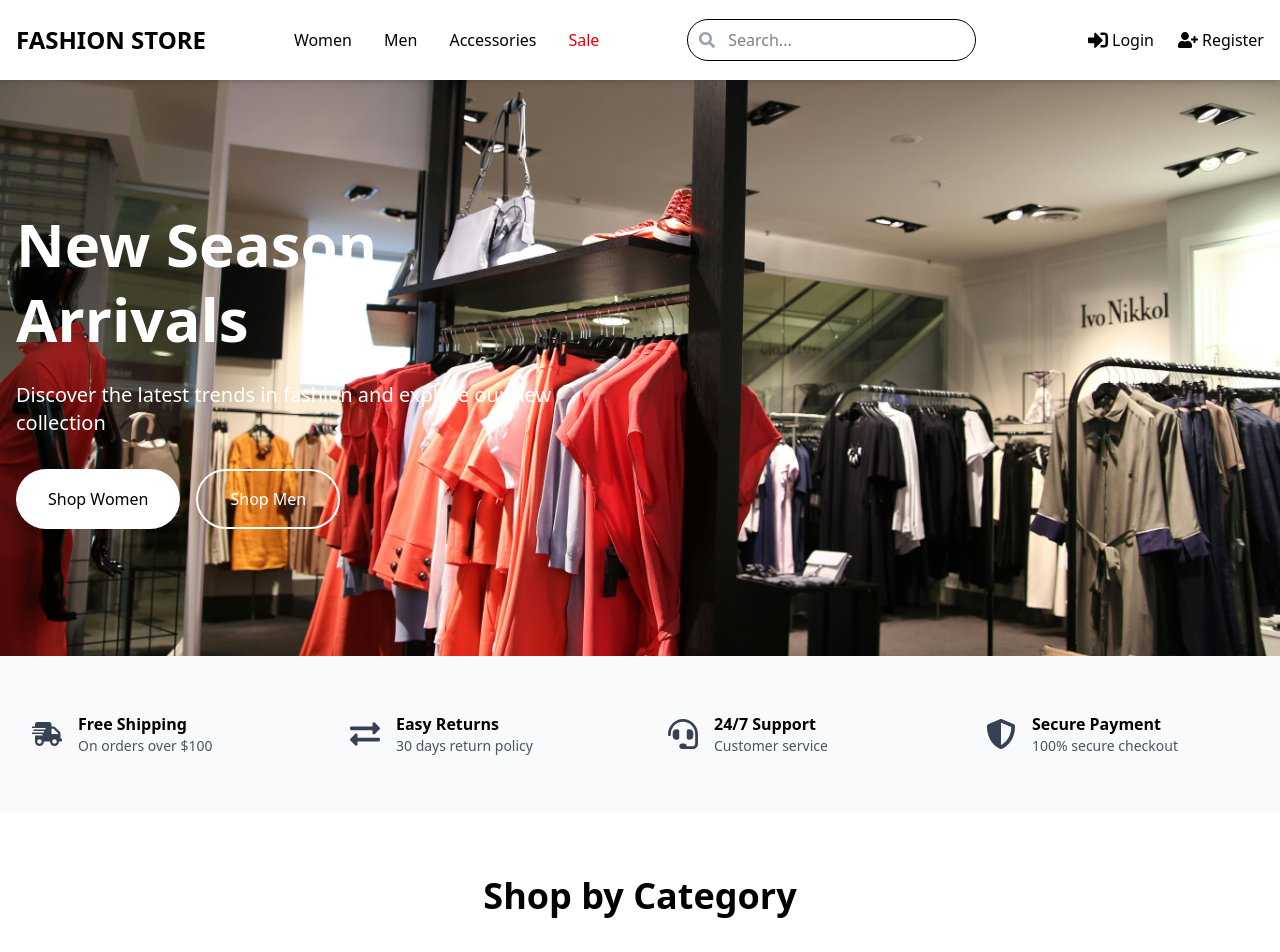
Repository: minhquang203/SHOPQUANAO
Page: / (app in frontend/)
The author's editor kept a copy of each file at every save. The page is drawn from the files as they stood at one save, then again after the next save.
The browser window is 1280 px wide. The pictures show the part of the page from y = 0 to 952 px (the page is 2446 px tall).
The project was rebuilt for these pictures with package versions that can differ from the ones it lists, and the page was loaded fresh each time. Also part of the build but not shown: frontend/vite.config.js, frontend/src/components/AdminLayout.jsx, frontend/src/components/AdminRoute.jsx, frontend/src/pages/admin/Dashboard.jsx, frontend/src/pages/admin/Orders.jsx, frontend/src/pages/admin/Products.jsx, frontend/src/pages/admin/Users.jsx, frontend/src/pages/LoginPage.jsx and 1 more.

Above is the page before, as saved 2025-04-29 12:39:36.

### frontend/src/main.jsx
// main.jsx
import React from "react";
import ReactDOM from "react-dom/client";
import { Provider } from "react-redux";
import { PersistGate } from "redux-persist/integration/react";
import App from "./App";
import "./index.css";
import { persistor, store } from "./redux/store";

ReactDOM.createRoot(document.getElementById("root")).render(
  <Provider store={store}>
    <PersistGate loading={null} persistor={persistor}>
      <App />
    </PersistGate>
  </Provider>
);

### frontend/src/App.jsx
import React from "react";
import { Route, BrowserRouter as Router, Routes } from "react-router-dom";
import AdminLayout from "./components/AdminLayout";
import AdminRoute from "./components/AdminRoute";
import Navbar from "./components/Navbar";
import Dashboard from "./pages/admin/Dashboard";
import Orders from "./pages/admin/Orders";
import Products from "./pages/admin/Products";
import Users from "./pages/admin/Users";
import Homepage from "./pages/Homepage";
import Login from "./pages/LoginPage";
import Register from "./pages/RegisterPage";

function App() {
  return (
    <Router>
      <Navbar />
      <Routes>
        {/* Public Routes */}
        <Route path="/" element={<Homepage />} />
        <Route path="/login" element={<Login />} />
        <Route path="/register" element={<Register />} />

        {/* Admin Protected Routes */}
        <Route element={<AdminRoute />}>
          <Route path="/admin" element={<AdminLayout />}>
            <Route index element={<Dashboard />} />
            <Route path="dashboard" element={<Dashboard />} />
            <Route path="orders" element={<Orders />} />
            <Route path="products" element={<Products />} />
            <Route path="users" element={<Users />} />
          </Route>
        </Route>
      </Routes>
    </Router>
  );
}

export default App;

### frontend/src/index.css
@import "tailwindcss";




.group:hover .group-hover\:block{
    display: block;
}

### frontend/src/redux/store.js
// redux/store.js
import { configureStore } from '@reduxjs/toolkit';
import { combineReducers } from 'redux';
import { persistReducer, persistStore } from 'redux-persist';
import storage from 'redux-persist/lib/storage'; // lưu trên localStorage
import authReducer from './authSlice';

const persistConfig = {
  key: 'root',
  storage,
  whitelist: ['auth'], // chỉ persist auth
};

const rootReducer = combineReducers({
  auth: authReducer,
});

const persistedReducer = persistReducer(persistConfig, rootReducer);

export const store = configureStore({
  reducer: persistedReducer,
  middleware: (getDefaultMiddleware) =>
    getDefaultMiddleware({
      serializableCheck: false,
    }),
});

export const persistor = persistStore(store);

### frontend/src/components/Navbar.jsx
import React, { useState } from 'react';
import { FaHeart, FaSearch, FaShoppingCart, FaSignInAlt, FaUser, FaUserPlus } from 'react-icons/fa';
import { useDispatch, useSelector } from 'react-redux';
import { Link, useNavigate } from 'react-router-dom';
import { selectCurrentRole, selectCurrentUser, selectIsAuthenticated } from '../redux/authSelectors';
import { logout } from '../redux/authSlice';

function Navbar() {
  const dispatch = useDispatch();
  const navigate = useNavigate();
  const [isMenuOpen, setIsMenuOpen] = useState(false);
  const isAuthenticated = useSelector(selectIsAuthenticated);
  const user = useSelector(selectCurrentUser);
  const role = useSelector(selectCurrentRole);

  // Sử dụng selector đã memoize


  const handleLogout = () => {
    dispatch(logout());
    navigate('/login');
  };

  const AuthenticatedIcons = () => (
    <div className="flex items-center space-x-6">
      <button className="hover:text-gray-600 transition">
        <FaSearch className="h-5 w-5 md:hidden" />
      </button>
      <Link to="/wishlist" className="hover:text-gray-600 transition">
        <FaHeart className="h-5 w-5" />
      </Link>
      <Link to="/cart" className="relative hover:text-gray-600 transition">
        <FaShoppingCart className="h-5 w-5" />
        <span className="absolute -top-2 -right-2 bg-red-600 text-white text-xs rounded-full w-5 h-5 flex items-center justify-center">
          0
        </span>
      </Link>

      {/* Admin Dashboard Link - Only visible for admins */}
      {role === 'admin' && (
        <Link to="/admin/dashboard" className="hover:text-gray-600 transition">
          <span className="hidden md:inline">Admin</span>
        </Link>
      )}

      <div className="relative group">
        <button className="hover:text-black transition-transform hover:scale-105">
          <FaUser className="h-5 w-5" />
          <span className="hidden md:inline">{user?.username}</span>
        </button>
        <div className="absolute right-0 w-48 py-2 mt-2 bg-white rounded-md shadow-xl invisible group-hover:visible opacity-0 group-hover:opacity-100 transition-all duration-200 z-50">
          <Link
            to="/profile"
            className="block px-4 py-2 text-sm text-gray-700 hover:bg-gray-100"
          >
            Profile
          </Link>
          <Link
            to="/orders"
            className="block px-4 py-2 text-sm text-gray-700 hover:bg-gray-100"
          >
            Orders
          </Link>
          <button
            onClick={handleLogout}
            className="block w-full text-left px-4 py-2 text-sm text-gray-700 hover:bg-gray-100"
          >
            Sign Out
          </button>
        </div>
      </div>
    </div>
  );

  const NonAuthenticatedIcons = () => (
    <div className="flex items-center space-x-6">
      <button className="hover:text-gray-600 transition">
        <FaSearch className="h-5 w-5 md:hidden" />
      </button>
      <Link to="/login" className="hover:text-gray-600 transition flex items-center space-x-1">
        <FaSignInAlt className="h-5 w-5" />
        <span className="hidden md:inline">Login</span>
      </Link>
      <Link to="/register" className="hover:text-gray-600 transition flex items-center space-x-1">
        <FaUserPlus className="h-5 w-5" />
        <span className="hidden md:inline">Register</span>
      </Link>
    </div>
  );

  return (
    <nav className="bg-white shadow-md sticky top-0 z-50">
      <div className="container mx-auto px-4">
        <div className="flex items-center justify-between h-20">
          <Link to="/" className="text-2xl font-bold">FASHION STORE</Link>

          <div className="hidden md:flex items-center space-x-8">
            <Link to="/women" className="hover:text-gray-600 transition">Women</Link>
            <Link to="/men" className="hover:text-gray-600 transition">Men</Link>
            <Link to="/accessories" className="hover:text-gray-600 transition">Accessories</Link>
            <Link to="/sale" className="text-red-600 hover:text-red-700 transition">Sale</Link>
          </div>

          <div className="hidden md:flex items-center relative">
            <input
              type="text"
              placeholder="Search..."
              className="pl-10 pr-4 py-2 border rounded-full focus:outline-none focus:ring-2 focus:ring-black"
            />
            <FaSearch className="absolute left-3 text-gray-400" />
          </div>

          {user ? <AuthenticatedIcons /> : <NonAuthenticatedIcons />}

          <button
            className="md:hidden"
            onClick={() => setIsMenuOpen(!isMenuOpen)}
            aria-label="Toggle menu"
          >
            <svg className="w-6 h-6" fill="none" viewBox="0 0 24 24" stroke="currentColor">
              <path strokeLinecap="round" strokeLinejoin="round" strokeWidth={2} d="M4 6h16M4 12h16M4 18h16" />
            </svg>
          </button>
        </div>

        {isMenuOpen && (
          <div className="md:hidden py-4 border-t">
            <div className="flex flex-col space-y-4">
              <Link to="/women" className="hover:text-gray-600 transition px-4">Women</Link>
              <Link to="/men" className="hover:text-gray-600 transition px-4">Men</Link>
              <Link to="/accessories" className="hover:text-gray-600 transition px-4">Accessories</Link>
              <Link to="/sale" className="text-red-600 hover:text-red-700 transition px-4">Sale</Link>
              {role === 'admin' && (
                <Link to="/admin/dashboard" className="hover:text-gray-600 transition px-4">
                  Admin Dashboard
                </Link>
              )}
              <div className="relative px-4">
                <input
                  type="text"
                  placeholder="Search..."
                  className="w-full pl-10 pr-4 py-2 border rounded-full focus:outline-none focus:ring-2 focus:ring-black"
                />
                <FaSearch className="absolute left-7 top-3 text-gray-400" />
              </div>
            </div>
          </div>
        )}
      </div>
    </nav>
  );
}

export default Navbar;

### frontend/src/pages/Homepage.jsx
import React from "react";
import { FaExchangeAlt, FaHeadset, FaShieldAlt, FaShippingFast } from 'react-icons/fa';

function Homepage() {
  return (
    <div className="min-h-screen">
      {/* Hero Banner with Overlay */}
      <section className="relative h-[80vh]">
        <img
          src="/assets/banner.jpg"
          alt="Hero Banner"
          className="w-full h-full object-cover"
        />
        <div className="absolute inset-0  flex items-center">
          <div className="container mx-auto px-4">
            <div className="max-w-xl">
              <h1 className="text-6xl font-bold mb-6 text-white leading-tight">
                New Season Arrivals
              </h1>
              <p className="text-xl text-white mb-8">
                Discover the latest trends in fashion and explore our new collection
              </p>
              <div className="flex gap-4">
                <button className="bg-white text-black px-8 py-4 rounded-full hover:bg-gray-100 transition duration-300">
                  Shop Women
                </button>
                <button className="border-2 border-white text-white px-8 py-4 rounded-full hover:bg-white hover:text-black transition duration-300">
                  Shop Men
                </button>
              </div>
            </div>
          </div>
        </div>
      </section>

        {/* Services Section */}
      <section className="bg-gray-50 py-10">
        <div className="container mx-auto px-4">
          <div className="grid grid-cols-1 md:grid-cols-4 gap-6">
            <div className="flex items-center gap-4 p-4">
              <FaShippingFast className="text-3xl text-gray-700" />
              <div>
                <h3 className="font-semibold">Free Shipping</h3>
                <p className="text-sm text-gray-600">On orders over $100</p>
              </div>
            </div>
            <div className="flex items-center gap-4 p-4">
              <FaExchangeAlt className="text-3xl text-gray-700" />
              <div>
                <h3 className="font-semibold">Easy Returns</h3>
                <p className="text-sm text-gray-600">30 days return policy</p>
              </div>
            </div>
            <div className="flex items-center gap-4 p-4">
              <FaHeadset className="text-3xl text-gray-700" />
              <div>
                <h3 className="font-semibold">24/7 Support</h3>
                <p className="text-sm text-gray-600">Customer service</p>
              </div>
            </div>
            <div className="flex items-center gap-4 p-4">
              <FaShieldAlt className="text-3xl text-gray-700" />
              <div>
                <h3 className="font-semibold">Secure Payment</h3>
                <p className="text-sm text-gray-600">100% secure checkout</p>
              </div>
            </div>
          </div>
        </div>
      </section>

      {/* Categories */}
      <section className="py-16">
        <div className="container mx-auto px-4">
          <h2 className="text-4xl font-bold mb-12 text-center">Shop by Category</h2>
          <div className="grid grid-cols-1 md:grid-cols-3 gap-8">
            {['Women', 'Men', 'Accessories'].map((category) => (
              <div key={category} className="group relative overflow-hidden rounded-xl h-[400px]">
                <img
                  src={`/${category.toLowerCase()}.jpg`}
                  alt={category}
                  className="w-full h-full object-cover transition duration-500 group-hover:scale-110"
                />
                <div className="absolute inset-0 bg-gradient-to-t from-black/70 to-transparent flex flex-col justify-end p-8">
                  <h3 className="text-white text-2xl font-bold mb-3">{category}</h3>
                  <button className="bg-white text-black w-full py-3 rounded-full opacity-0 transform translate-y-4 group-hover:opacity-100 group-hover:translate-y-0 transition duration-300">
                    Shop Now
                  </button>
                </div>
              </div>
            ))}
          </div>
        </div>
      </section>

      {/* Featured Products */}
      <section className="bg-gray-50 py-16">
        <div className="container mx-auto px-4">
          <h2 className="text-4xl font-bold mb-12 text-center">Trending Now</h2>
          <div className="grid grid-cols-1 md:grid-cols-4 gap-6">
            {[1, 2, 3, 4].map((item) => (
              <div key={item} className="group bg-white rounded-xl overflow-hidden hover:shadow-xl transition duration-300">
                <div className="relative overflow-hidden">
                  <img
                    src={`/product${item}.jpg`}
                    alt={`Product ${item}`}
                    className="w-full h-[350px] object-cover group-hover:scale-105 transition duration-500"
                  />
                  <div className="absolute top-4 right-4">
                    <button className="bg-white p-2 rounded-full shadow-md hover:bg-gray-100">
                      <svg className="w-5 h-5" fill="none" stroke="currentColor" viewBox="0 0 24 24">
                        <path strokeLinecap="round" strokeLinejoin="round" strokeWidth="2" d="M4.318 6.318a4.5 4.5 0 000 6.364L12 20.364l7.682-7.682a4.5 4.5 0 00-6.364-6.364L12 7.636l-1.318-1.318a4.5 4.5 0 00-6.364 0z" />
                      </svg>
                    </button>
                  </div>
                </div>
                <div className="p-6">
                  <h3 className="font-semibold text-lg mb-2">Product Name</h3>
                  <div className="flex justify-between items-center">
                    <p className="text-gray-600">$99.99</p>
                    <button className="bg-black text-white px-6 py-2 rounded-full hover:bg-gray-800 transition duration-300">
                      Add to Cart
                    </button>
                  </div>
                </div>
              </div>
            ))}
          </div>
        </div>
      </section>

      {/* Newsletter */}
      <section className="py-20 bg-gradient-to-r from-gray-900 to-gray-800 text-white">
        <div className="container mx-auto px-4">
          <div className="text-center max-w-2xl mx-auto">
            <h2 className="text-4xl font-bold mb-6">Join Our Newsletter</h2>
            <p className="text-gray-300 mb-8">Subscribe to get special offers, free giveaways, and amazing deals.</p>
            <div className="flex gap-4 justify-center">
              <input
                type="email"
                placeholder="Enter your email"
                className="px-6 py-3 rounded-full w-full max-w-md text-black focus:outline-none focus:ring-2 focus:ring-white"
              />
              <button className="bg-white text-black px-8 py-3 rounded-full hover:bg-gray-100 transition duration-300">
                Subscribe
              </button>
            </div>
          </div>
        </div>
      </section>
    </div>
  );
}

export default Homepage;

### frontend/src/redux/authSlice.js
import { createSlice } from '@reduxjs/toolkit';

const initialState = {
  user: null,
  token: null,
  role: null,
};

const authSlice = createSlice({
  name: 'auth',
  initialState,
  reducers: {
    setCredentials: (state, action) => {
      state.user = action.payload.user;
      state.token = action.payload.token;
      state.role = action.payload.user.role; // Lưu role vào state
      state.isAuthenticated = true;

    },
    logout: (state) => {
      state.user = null;
      state.token = null;
      state.role = null;
      state.isAuthenticated = false;
    },
  },
});

export const { setCredentials, logout } = authSlice.actions;

export default authSlice.reducer;

### frontend/src/redux/authSelectors.js
// redux/authSelectors.js
export const selectCurrentUser = (state) => state.auth.user;
export const selectCurrentRole = (state) => state.auth.role;
export const selectIsAuthenticated = (state) => state.auth.isAuthenticated;
export const selectToken = (state) => state.auth.token;

Loaded but not shown: frontend/index.html (common file)

After the next save:
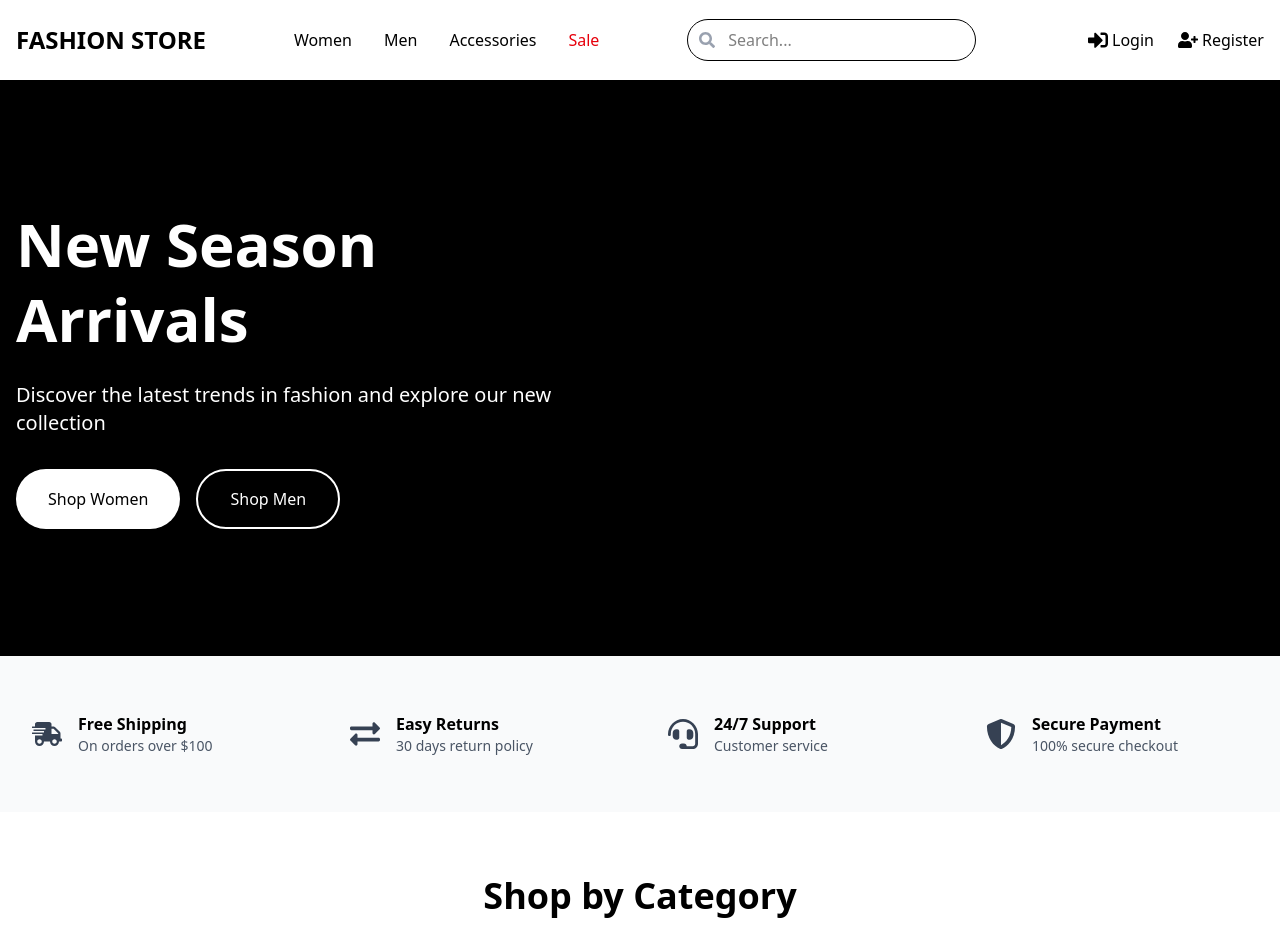
Saved 2 h 17 min later.
--- a/frontend/src/pages/Homepage.jsx
+++ b/frontend/src/pages/Homepage.jsx
@@ -11,7 +11,7 @@
           alt="Hero Banner"
           className="w-full h-full object-cover"
         />
-        <div className="absolute inset-0  flex items-center">
+        <div className="absolute inset-0 bg-black bg-opacity-40 flex items-center">
           <div className="container mx-auto px-4">
             <div className="max-w-xl">
               <h1 className="text-6xl font-bold mb-6 text-white leading-tight">

After the save that followed:
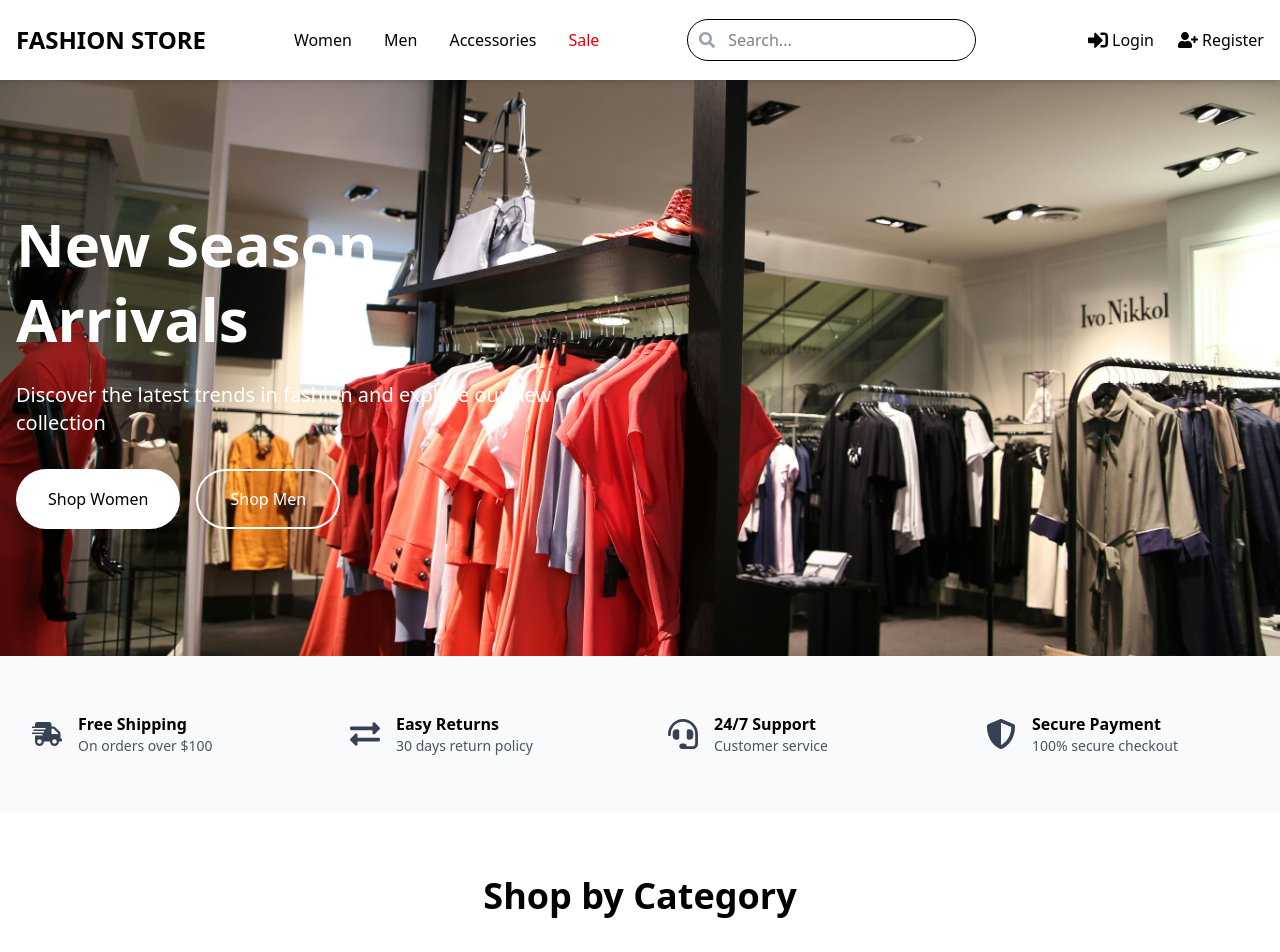
Saved 13 min 38 s later.
--- a/frontend/src/pages/Homepage.jsx
+++ b/frontend/src/pages/Homepage.jsx
@@ -11,7 +11,7 @@
           alt="Hero Banner"
           className="w-full h-full object-cover"
         />
-        <div className="absolute inset-0 bg-black bg-opacity-40 flex items-center">
+        <div className="absolute inset-0  flex items-center">
           <div className="container mx-auto px-4">
             <div className="max-w-xl">
               <h1 className="text-6xl font-bold mb-6 text-white leading-tight">
